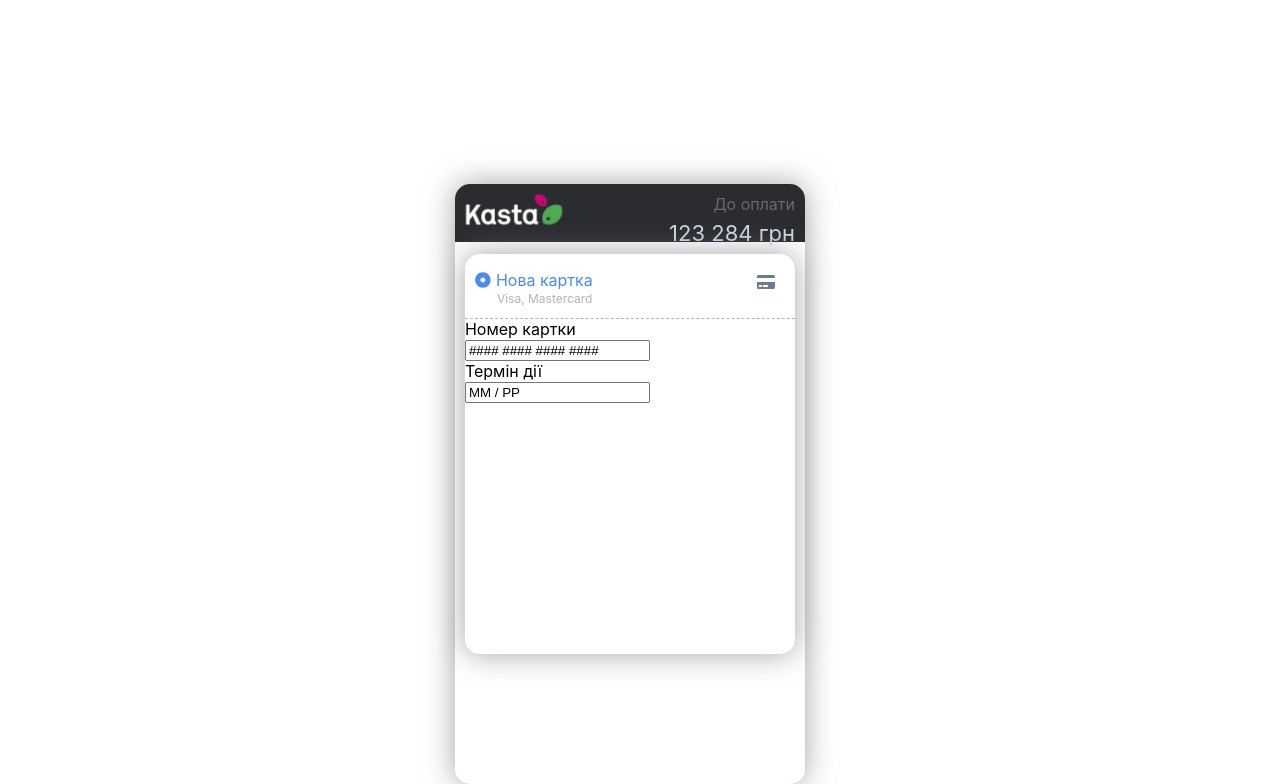
Repository: khamraeva/kasta
Page: /
These files come from the project's save history. The page is drawn as it stood at one moment and after the next save; the edit follows.
The browser window is 1280 px wide. The pictures show the whole page.
The project was rebuilt for these pictures with package versions that can differ from the ones it lists, and the page was loaded fresh each time.

Above is the page before, as saved 2020-03-02 17:46:05.

After the next save:
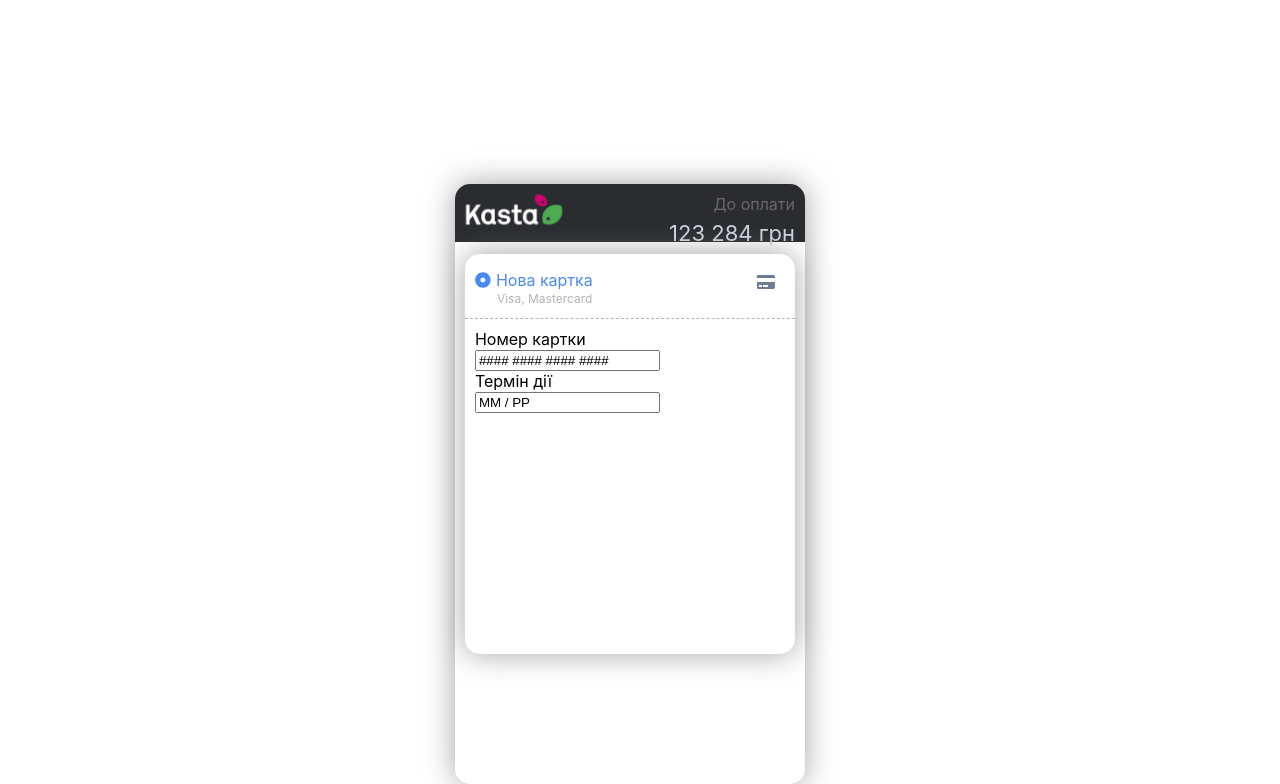
Saved 18 s later.
--- a/src/components/PayForm/payform.css
+++ b/src/components/PayForm/payform.css
@@ -26,3 +26,6 @@
     border-top: 1px dashed;
     color: rgba(105, 105, 106, .5);
 }
+.card-form {
+    padding: 10px;
+}
